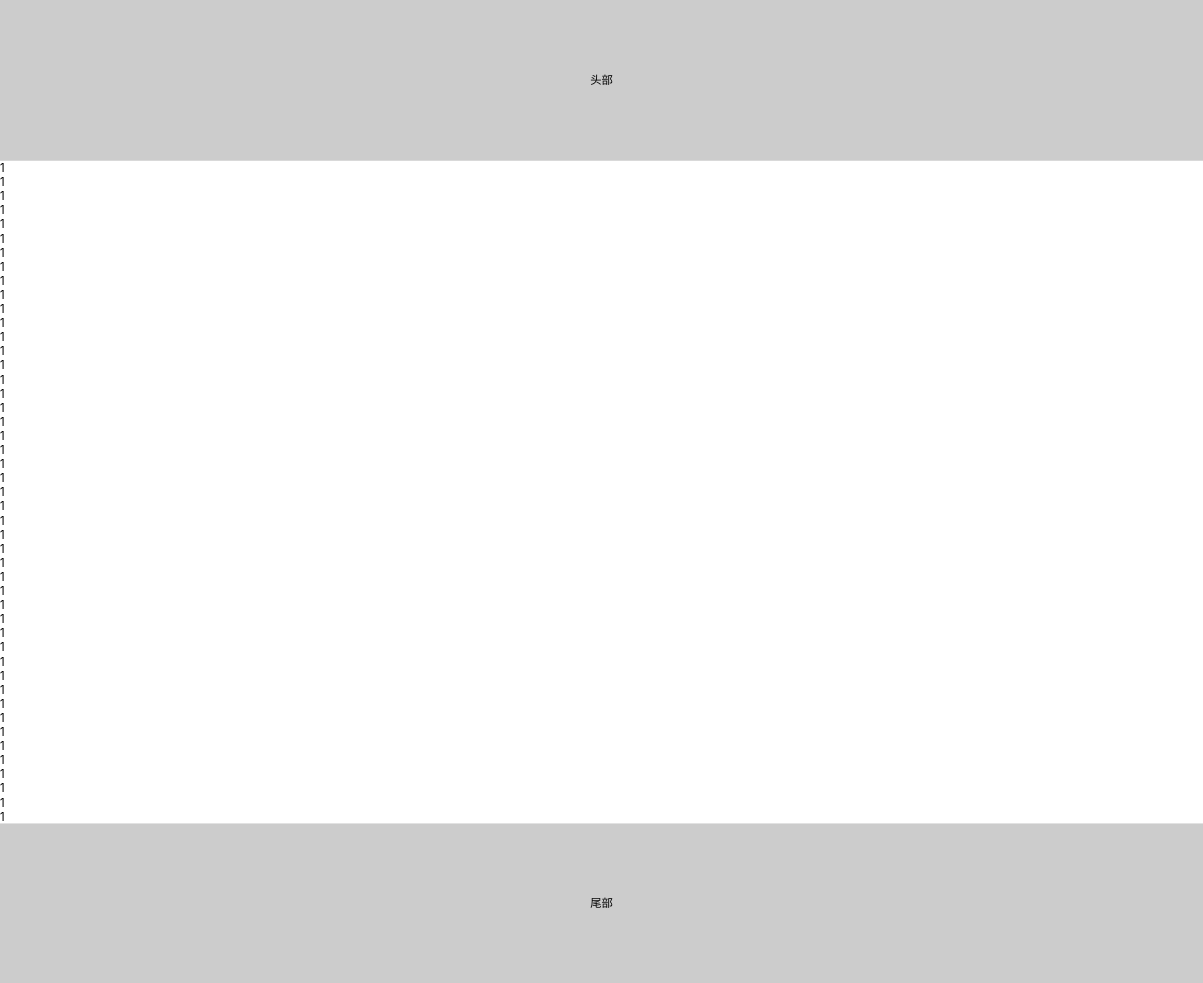
Repository: zjb17395046959/h5-
Page: index.html
The author's editor kept a copy of each file at every save. The page is drawn from the files as they stood at one save, then again after the next save.
The browser window is 1280 px wide. The pictures show the whole page, at 94% of full size.
The style sheet was rebuilt from its Sass, Less or Tailwind sources for each picture, by a compiler version that may differ from the author's.

Above is the page before, as saved 2020-09-14 16:06:34.

After the next save:
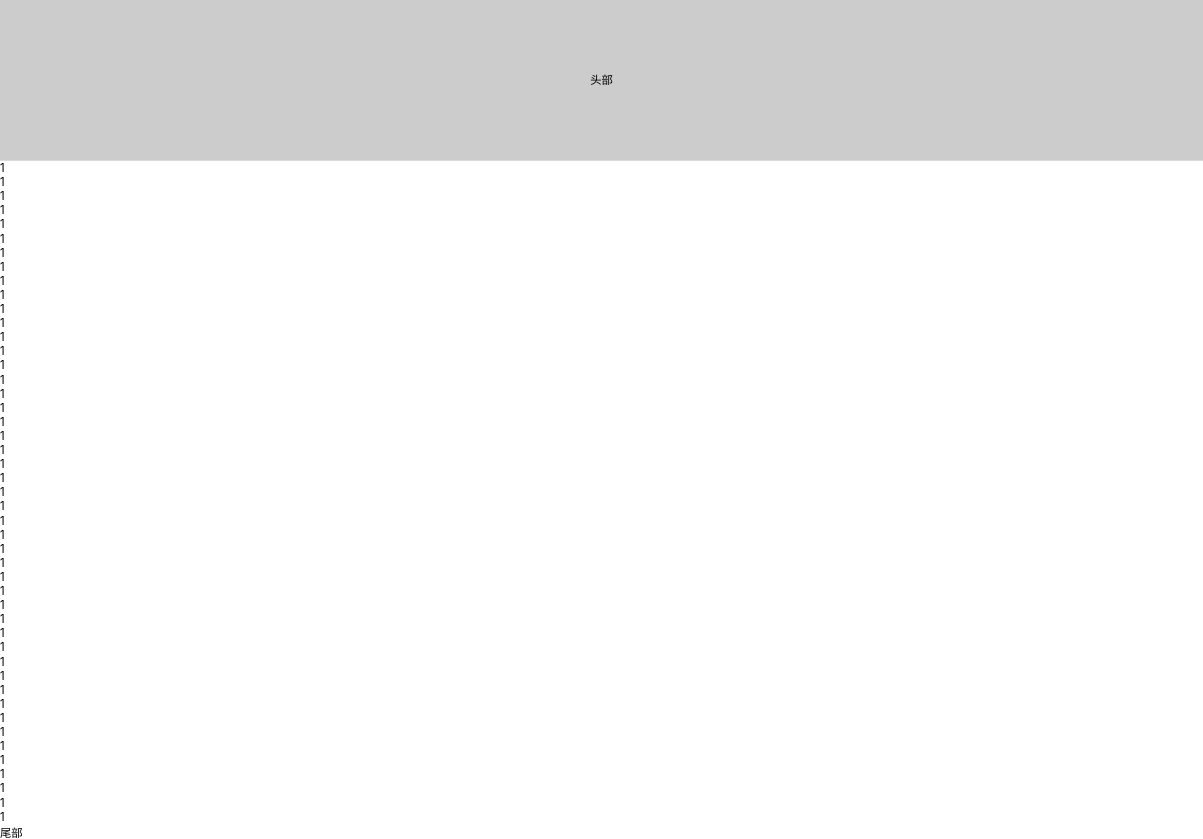
Saved 32 s later.
--- a/css/index.less
+++ b/css/index.less
@@ -10,7 +10,7 @@
     height: 100%;
     display: flex;
     flex-direction: column;
-    header,footer{
+    header{
         .vw(height,100);
         .vw(line-height,100);
         text-align: center;

After the save that followed:
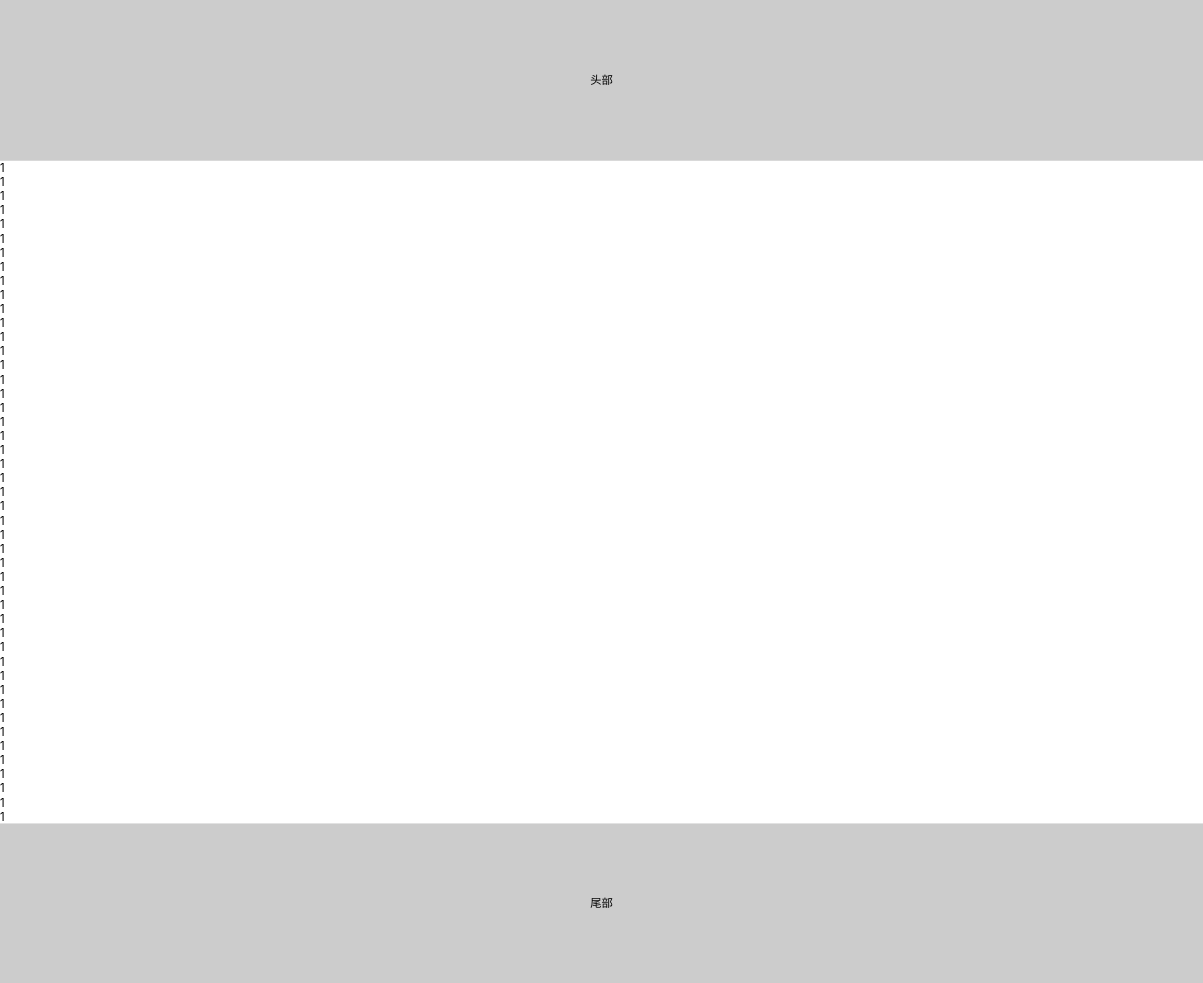
Saved 4 s later.
--- a/css/index.less
+++ b/css/index.less
@@ -21,6 +21,9 @@
         overflow: auto;
     }
     footer{
-
+        .vw(height,100);
+        .vw(line-height,100);
+        text-align: center;
+        background:#ccc;
     }
 }
